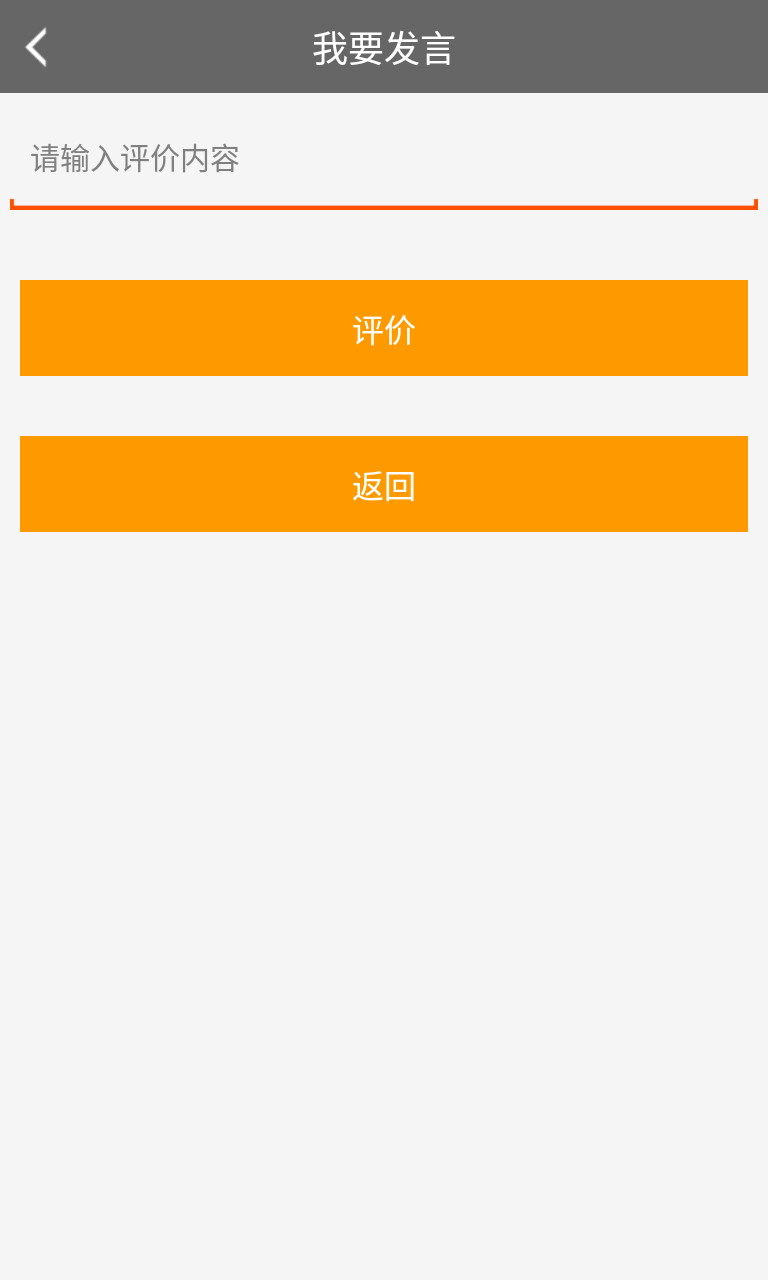
Repository: sxuu0018/undergraduate_project
Layout: Folder/Folder/Folder/重要的内容/2015124013_徐思加_星聊社交软件（android）的设计与实现/最后的备份/移动端/workspace-app/xingliao_app/res/layout/pingjiaadd.xml
An editor plug-in stored every save of this project. The layout is shown before and after the next save, followed by the edit.
It is drawn on a 768 x 1280 px phone screen (xhdpi) without system bars, with theme AppTheme; the app's code is not run.

Above is the layout before, as saved 2019-04-27 15:52:10.

### Folder/Folder/Folder/重要的内容/2015124013_徐思加_星聊社交软件（android）的设计与实现/最后的备份/移动端/workspace-app/xingliao_app/res/layout/pingjiaadd.xml
<?xml version="1.0" encoding="utf-8"?>
<LinearLayout xmlns:android="http://schemas.android.com/apk/res/android"
    android:layout_width="fill_parent"
    android:layout_height="fill_parent"
    android:background="#F5F5F5"
    android:orientation="vertical" >
    <RelativeLayout
        android:layout_width="fill_parent"
        android:layout_height="wrap_content"
        android:background="@drawable/top_bg"
        android:orientation="horizontal"
        android:padding="5dip" >
        <ImageView
            android:id="@+id/imageBack"
            android:layout_width="wrap_content"
            android:layout_height="wrap_content"
            android:layout_alignParentLeft="true"
            android:layout_centerVertical="true"
            android:background="@drawable/icon_back_default"
            android:gravity="center_vertical"
            android:onClick="system_back"
             />
        <TextView
            android:layout_width="fill_parent"
            android:layout_height="wrap_content"
            android:layout_centerVertical="true"
            android:gravity="center"
            android:padding="5dip"
            android:text="我要发言"
            android:textColor="#FFFFFF"
            android:textSize="18dp" />
    </RelativeLayout>
    <LinearLayout
        android:layout_width="fill_parent"
        android:layout_height="wrap_content"
        android:orientation="vertical" >
        <EditText
            android:id="@+id/pneirong"
            android:layout_width="fill_parent"
            android:layout_height="wrap_content"
            android:layout_margin="5dip"
            android:background="@drawable/tb_bg_login_input_hl"
            android:hint="请输入评价内容"
            android:inputType="textMultiLine"
            android:padding="10dip"
            android:textColor="#6d6d6d"
            android:textSize="15dp" />



        <Button
            android:id="@+id/buttonSend"
            android:layout_width="fill_parent"
            android:layout_height="wrap_content"
            android:layout_marginLeft="10dip"
            android:layout_marginRight="10dip"
            android:layout_marginTop="30dip"
            android:background="#FF9900"
            android:paddingBottom="10dip"
            android:paddingLeft="30dip"
            android:paddingRight="30dip"
            android:paddingTop="10dip"
            android:text="评价"
            android:textColor="#FFFFFF"
            android:textSize="16dp"
            android:onClick="pingjia_system"
             />



        <Button
            android:id="@+id/buttonSend2"
            android:layout_width="fill_parent"
            android:layout_height="wrap_content"
            android:layout_marginLeft="10dip"
            android:layout_marginRight="10dip"
            android:layout_marginTop="30dip"
            android:background="#FF9900"
            android:paddingBottom="10dip"
            android:paddingLeft="30dip"
            android:paddingRight="30dip"
            android:paddingTop="10dip"
            android:text="返回"
            android:textColor="#FFFFFF"
            android:textSize="16dp"
            android:onClick="system_back"
             />

    </LinearLayout>




</LinearLayout>

### Folder/Folder/Folder/重要的内容/2015124013_徐思加_星聊社交软件（android）的设计与实现/最后的备份/移动端/workspace-app/xingliao_app/res/values/styles.xml
<resources>

    <style name="main_tab_bottom">
        <item name="android:gravity">center</item>
        <item name="android:paddingTop">15dp</item>
        <item name="android:layout_width">match_parent</item>
        <item name="android:layout_height">match_parent</item>
        <item name="android:button">@null</item>
        <item name="android:layout_weight">1.0</item>
    </style>

    <style name="normalText" parent="@android:style/TextAppearance">
        <item name="android:textColor">#444</item>
        <item name="android:textSize">14sp</item>
    </style>


    <style name="some_used">
        <item name="android:layout_marginTop">10dip</item>
        <item name="android:layout_marginLeft">10dip</item>
        <item name="android:layout_marginRight">10dip</item>
        <item name="android:layout_marginBottom">10dip</item>
    </style>

    <style name="nearby_spinner_style">
        <item name="android:layout_width">0.0dip</item>
        <item name="android:layout_height">wrap_content</item>
        <item name="android:background">@null</item>
        <item name="android:layout_marginTop">6dip</item>
        <item name="android:layout_weight">1.0</item>
    </style>

    <style name="AppBaseTheme" parent="android:Theme.Light">
        <!--
            Theme customizations available in newer API levels can go in
            res/values-vXX/styles.xml, while customizations related to
            backward-compatibility can go here.
        -->
    </style>

    <!-- Application theme. -->
    <style name="AppTheme" parent="AppBaseTheme">
        <!-- All customizations that are NOT specific to a particular API-level can go here. -->
    </style>

</resources>

Loaded but not shown: Folder/Folder/Folder/重要的内容/2015124013_徐思加_星聊社交软件（android）的设计与实现/最后的备份/移动端/workspace-app/xingliao_app/res/values-v11/styles.xml (common file); Folder/Folder/Folder/重要的内容/2015124013_徐思加_星聊社交软件（android）的设计与实现/最后的备份/移动端/workspace-app/xingliao_app/res/values-v14/styles.xml (common file)

After the next save:
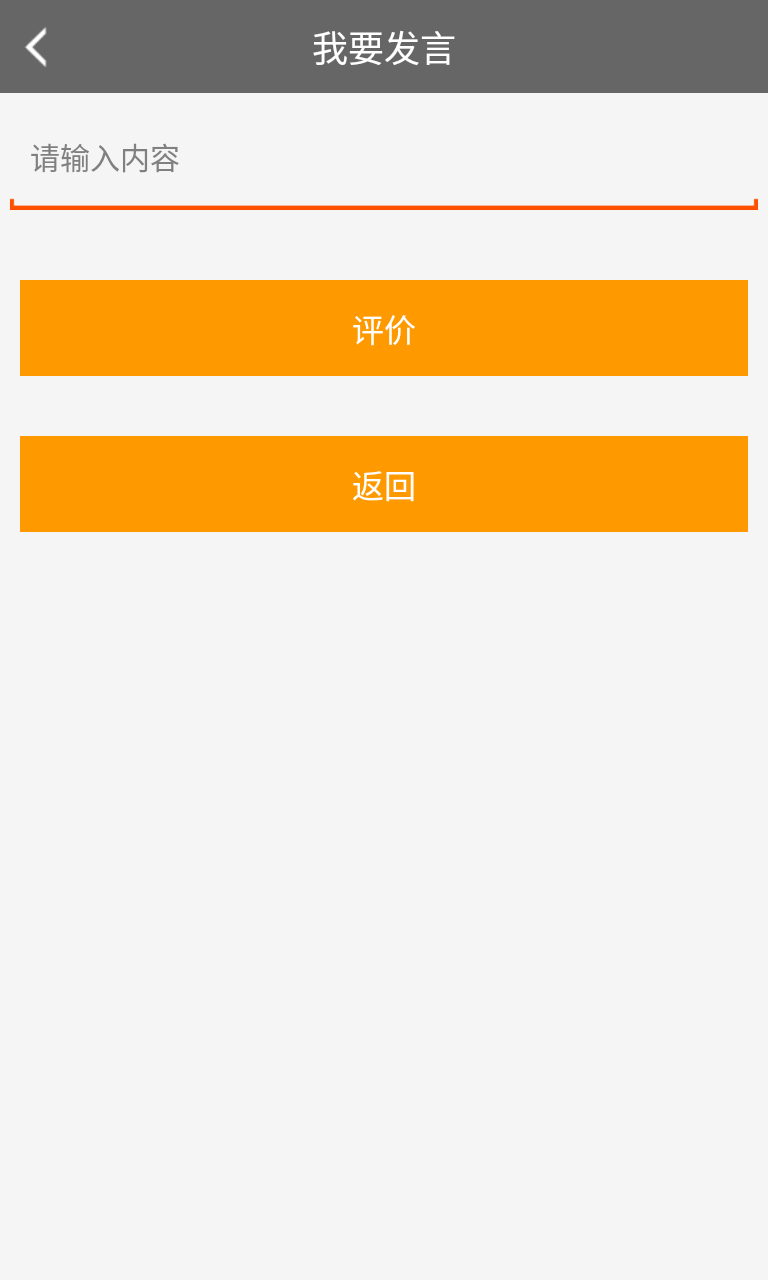
Saved 66 s later.
--- a/Folder/Folder/Folder/重要的内容/2015124013_徐思加_星聊社交软件（android）的设计与实现/最后的备份/移动端/workspace-app/xingliao_app/res/layout/pingjiaadd.xml
+++ b/Folder/Folder/Folder/重要的内容/2015124013_徐思加_星聊社交软件（android）的设计与实现/最后的备份/移动端/workspace-app/xingliao_app/res/layout/pingjiaadd.xml
@@ -40,7 +40,7 @@
             android:layout_height="wrap_content"
             android:layout_margin="5dip"
             android:background="@drawable/tb_bg_login_input_hl"
-            android:hint="请输入评价内容"
+            android:hint="请输入内容"
             android:inputType="textMultiLine"
             android:padding="10dip"
             android:textColor="#6d6d6d"
